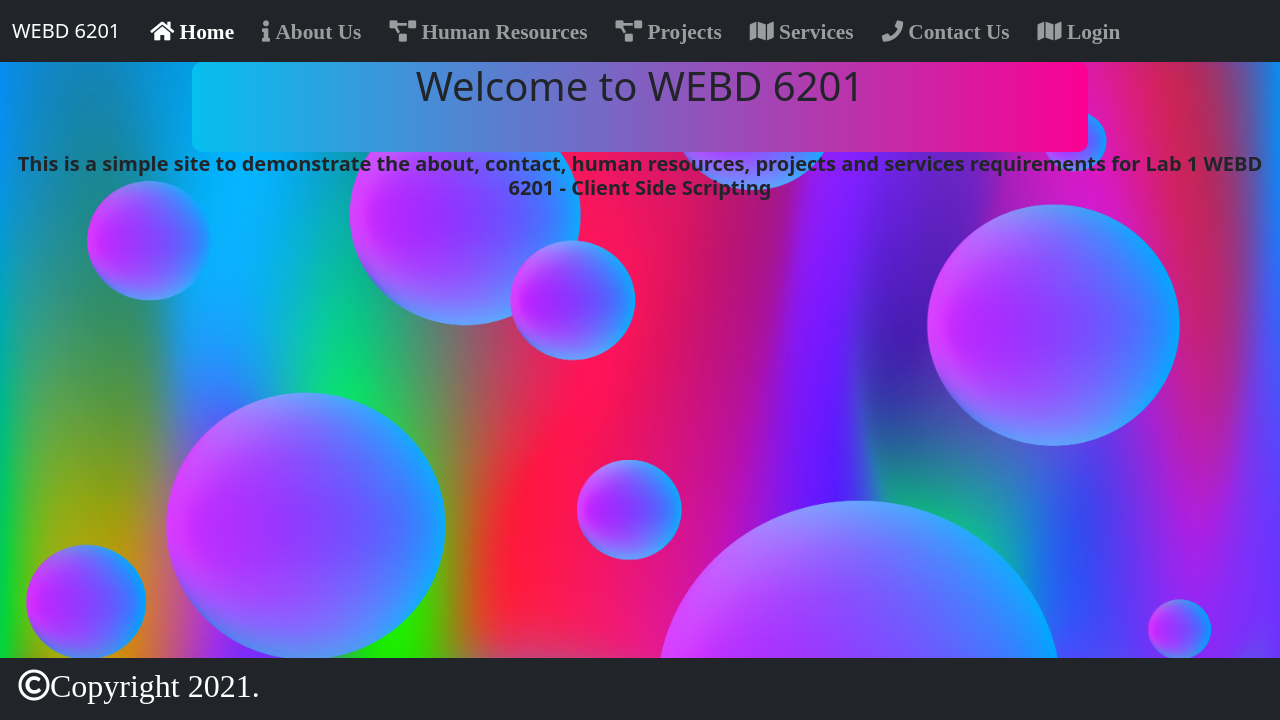
Repository: vans12345678/WEBD6201-W2021-Lab2
Page: index.html
An editor plug-in stored every save of this project. The page is shown before and after a run of saves, followed by the edit.
The browser window is 1280 px wide. The pictures show the whole page.

Above is the page before, as saved 2021-02-25 22:19:19.

After the next 2 saves:
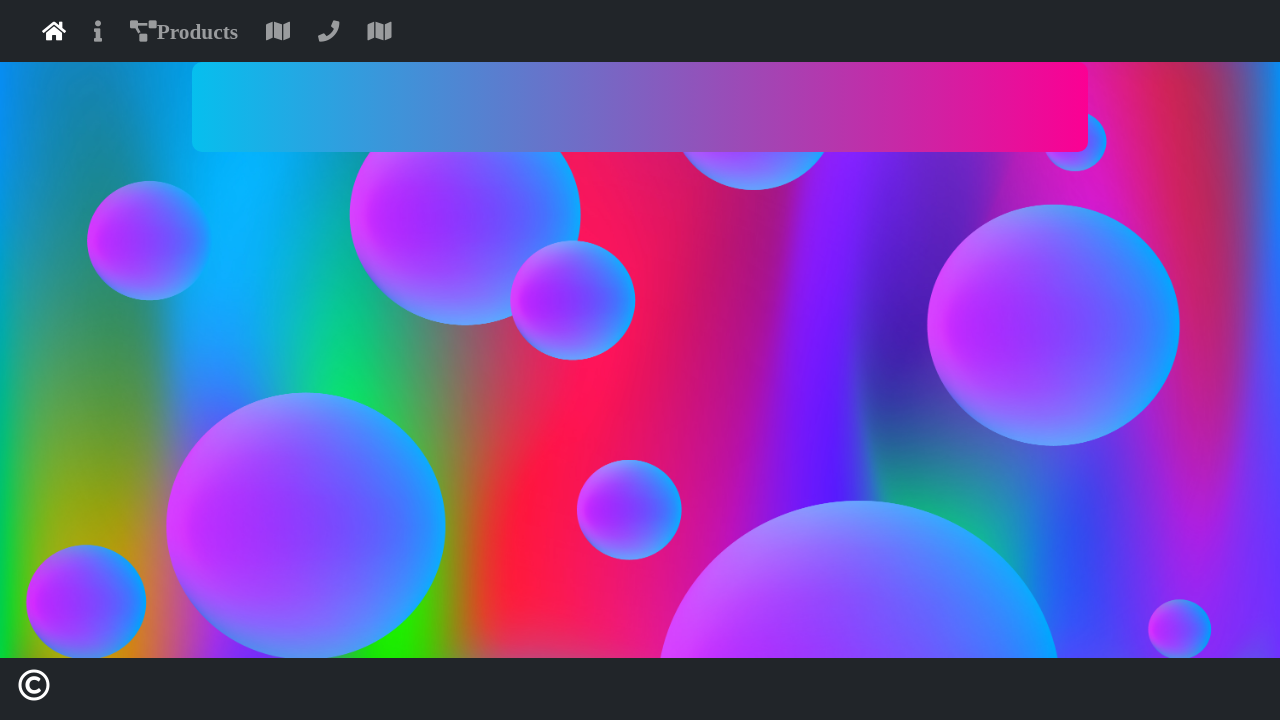
Console error: SyntaxError: missing ) after argument list
The 2 saves are shown as one change because they came seconds apart.
The last was saved 2 min 23 s later.
--- a/Scripts/app.js
+++ b/Scripts/app.js
@@ -251,7 +251,7 @@
         //if the user is logged in
         if(sessionStorage.getItem("user"))
         {
-            let usernameText = sessionStorage.getItem("user", "Username").Username;
+            let usernameText = sessionStorage.getItem("user", get Username()).Username;
             //change login to logout
             $("#liLogin").html(
                 `<a  class="nav-link" aria-current="page" href="#"><i id="navLogout" class="fas fa-sign-out-alt fa-lg"></i></a>`

After the save that followed:
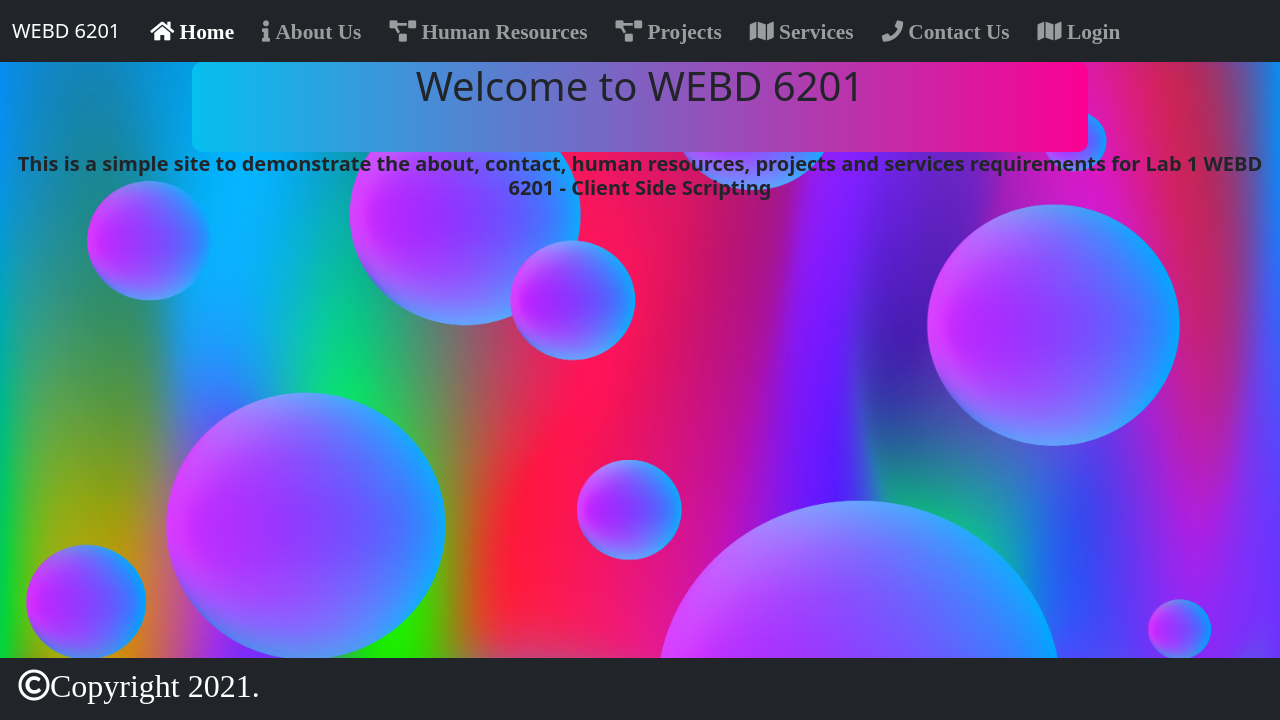
The error is gone.
Saved 12 s later.
--- a/Scripts/app.js
+++ b/Scripts/app.js
@@ -251,7 +251,7 @@
         //if the user is logged in
         if(sessionStorage.getItem("user"))
         {
-            let usernameText = sessionStorage.getItem("user", get Username()).Username;
+            let usernameText = sessionStorage.getItem("user", Username()).Username;
             //change login to logout
             $("#liLogin").html(
                 `<a  class="nav-link" aria-current="page" href="#"><i id="navLogout" class="fas fa-sign-out-alt fa-lg"></i></a>`
